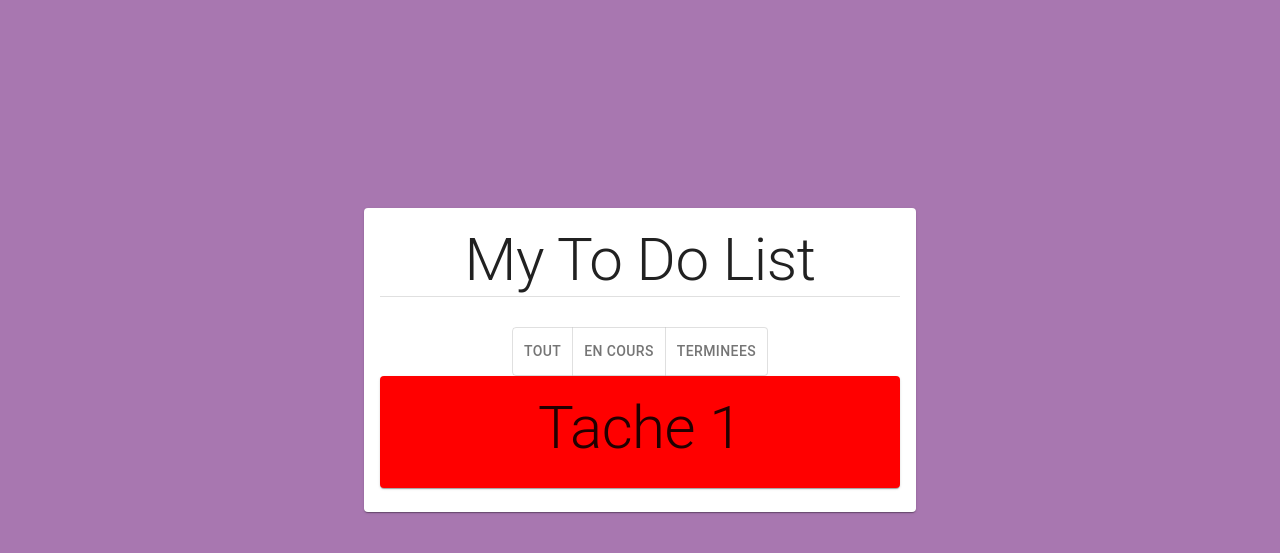
Repository: Fathiyasmine/Todo-list-project
Page: /
These files come from the project's save history. The page is drawn as it stood at one moment and after the next save; the edit follows.
The browser window is 1280 px wide. The pictures show the whole page.
The project was rebuilt for these pictures with package versions that can differ from the ones it lists, and the page was loaded fresh each time.

Above is the page before, as saved 2025-12-07 17:06:14.

After the next save:
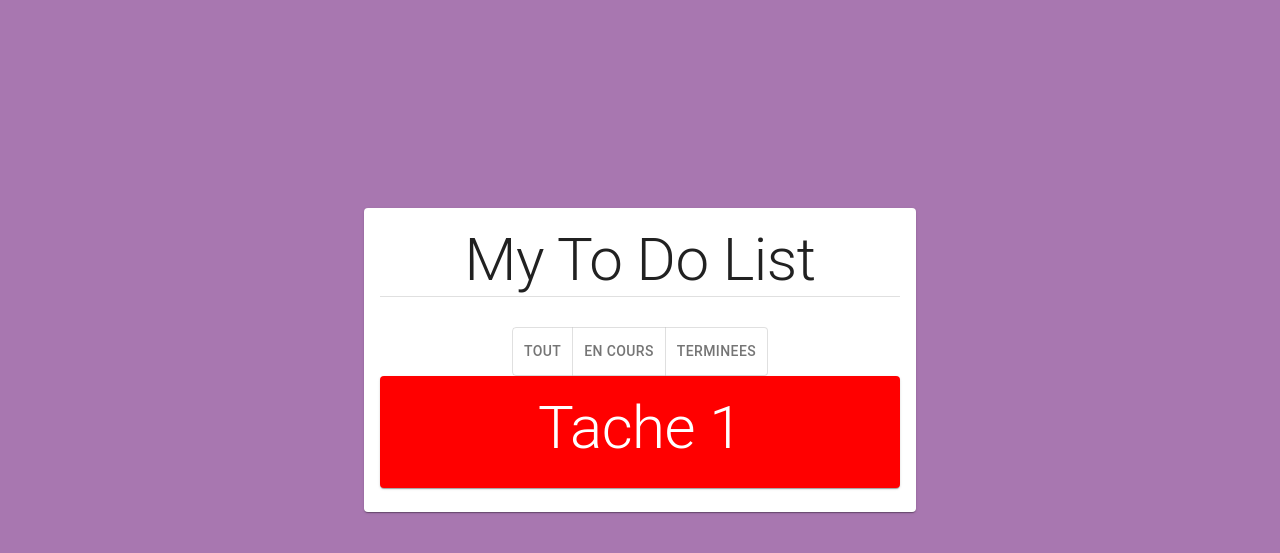
Saved 12 s later.
--- a/src/components/Todo.js
+++ b/src/components/Todo.js
@@ -5,7 +5,7 @@ import Typography from "@mui/material/Typography";
 export default function Todo() {
   return (
     <>
-      <Card style={{ background: "red" }}>
+      <Card style={{ color: "white", background: "red" }}>
         <CardContent>
           <Typography variant="h2">Tache 1</Typography>
         </CardContent>
